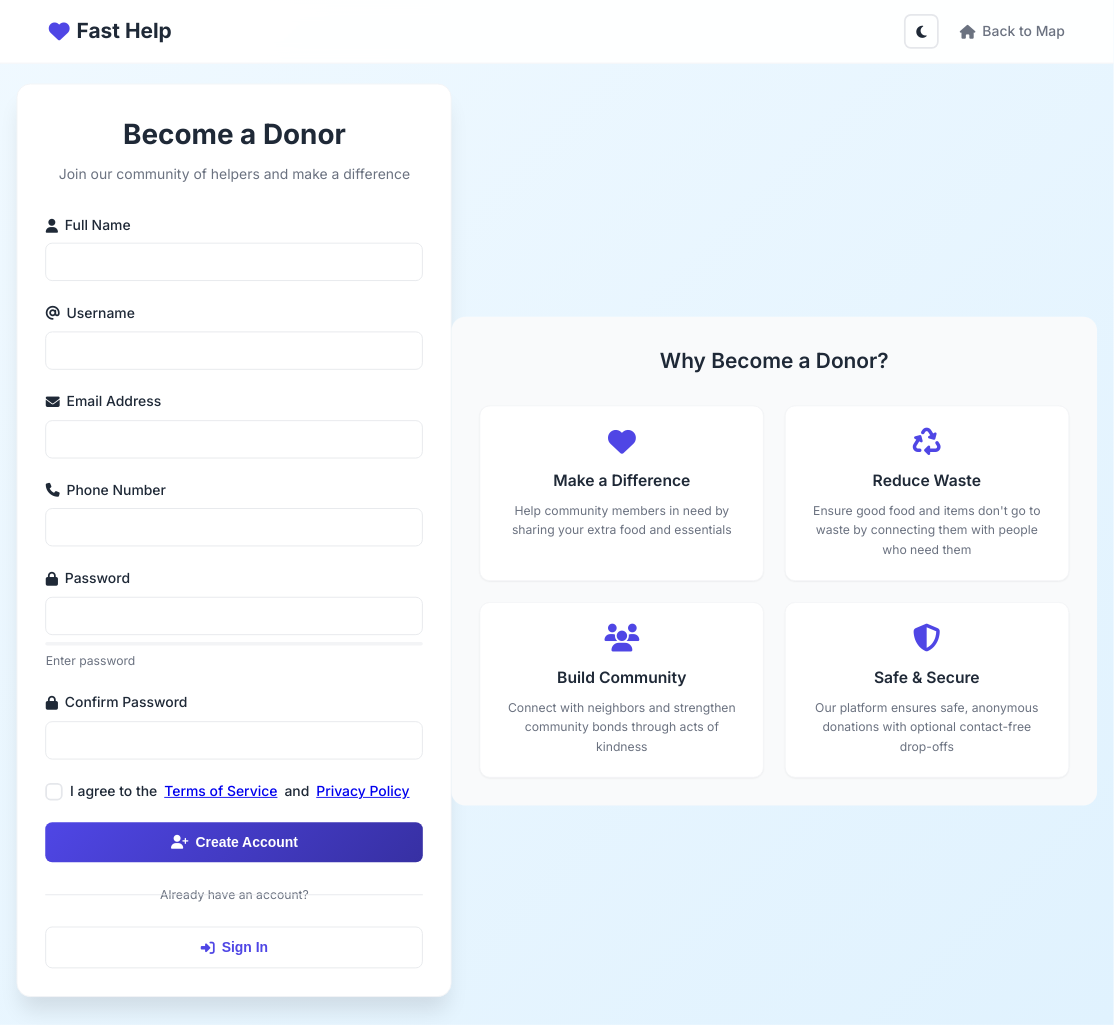
Repository: papykabukanyi/fasthelp
Page: public/donor-signup.html
An editor plug-in stored every save of this project. The page is shown before and after the next save, followed by the edit.
The browser window is 1280 px wide. The pictures show the whole page, at 87% of full size.

Above is the page before, as saved 2025-06-28 23:04:58.

### public/donor-signup.html
<!DOCTYPE html>
<html lang="en" data-theme="light">
<head>
    <meta charset="UTF-8">
    <meta name="viewport" content="width=device-width, initial-scale=1.0">
    <title>Become a Donor - Fast Help</title>
    <link rel="stylesheet" href="css/styles.css">
    <link href="https://fonts.googleapis.com/css2?family=Inter:wght@300;400;500;600;700&display=swap" rel="stylesheet">
    <link rel="stylesheet" href="https://cdnjs.cloudflare.com/ajax/libs/font-awesome/6.4.0/css/all.min.css">
</head>
<body class="light-theme">
    <!-- Header -->
    <header class="header">
        <div class="container">
            <div class="nav-brand">
                <a href="/">
                    <i class="fas fa-heart"></i>
                    <h1>Fast Help</h1>
                </a>
            </div>
            <nav class="nav-menu">
                <button id="theme-toggle" class="theme-toggle" title="Toggle theme">
                    <i class="fas fa-moon" id="theme-icon"></i>
                </button>
                <a href="/" class="nav-link">
                    <i class="fas fa-home"></i>
                    Back to Map
                </a>
            </nav>
        </div>
    </header>

    <!-- Main Content -->
    <main class="auth-container">
        <div class="auth-card">
            <div class="auth-header">
                <h2>Become a Donor</h2>
                <p>Join our community of helpers and make a difference</p>
            </div>

            <!-- Registration Form -->
            <div id="register-form" class="auth-form">
                <form id="registration-form">
                    <div class="form-group">
                        <label for="fullName">
                            <i class="fas fa-user"></i>
                            Full Name
                        </label>
                        <input type="text" id="fullName" name="fullName" required>
                    </div>

                    <div class="form-group">
                        <label for="username">
                            <i class="fas fa-at"></i>
                            Username
                        </label>
                        <input type="text" id="username" name="username" required>
                    </div>

                    <div class="form-group">
                        <label for="email">
                            <i class="fas fa-envelope"></i>
                            Email Address
                        </label>
                        <input type="email" id="email" name="email" required>
                    </div>

                    <div class="form-group">
                        <label for="phone">
                            <i class="fas fa-phone"></i>
                            Phone Number
                        </label>
                        <input type="tel" id="phone" name="phone">
                    </div>

                    <div class="form-group">
                        <label for="password">
                            <i class="fas fa-lock"></i>
                            Password
                        </label>
                        <input type="password" id="password" name="password" required>
                        <div class="password-strength">
                            <div class="strength-bar">
                                <div class="strength-fill" id="strength-fill"></div>
                            </div>
                            <span id="strength-text">Enter password</span>
                        </div>
                    </div>

                    <div class="form-group">
                        <label for="confirmPassword">
                            <i class="fas fa-lock"></i>
                            Confirm Password
                        </label>
                        <input type="password" id="confirmPassword" name="confirmPassword" required>
                    </div>

                    <div class="form-group checkbox-group">
                        <label class="checkbox-label">
                            <input type="checkbox" id="terms" required>
                            <span class="checkmark"></span>
                            I agree to the <a href="#" onclick="showTerms()">Terms of Service</a> and <a href="#" onclick="showPrivacy()">Privacy Policy</a>
                        </label>
                    </div>

                    <button type="submit" class="auth-btn">
                        <i class="fas fa-user-plus"></i>
                        Create Account
                    </button>
                </form>

                <div class="auth-divider">
                    <span>Already have an account?</span>
                </div>

                <button class="auth-btn secondary" onclick="showLogin()">
                    <i class="fas fa-sign-in-alt"></i>
                    Sign In
                </button>
            </div>

            <!-- Login Form -->
            <div id="login-form" class="auth-form" style="display: none;">
                <form id="login-form-element">
                    <div class="form-group">
                        <label for="loginEmail">
                            <i class="fas fa-envelope"></i>
                            Email Address
                        </label>
                        <input type="email" id="loginEmail" name="email" required>
                    </div>

                    <div class="form-group">
                        <label for="loginPassword">
                            <i class="fas fa-lock"></i>
                            Password
                        </label>
                        <input type="password" id="loginPassword" name="password" required>
                    </div>

                    <button type="submit" class="auth-btn">
                        <i class="fas fa-sign-in-alt"></i>
                        Sign In
                    </button>
                </form>

                <div class="auth-divider">
                    <span>Need an account?</span>
                </div>

                <button class="auth-btn secondary" onclick="showRegister()">
                    <i class="fas fa-user-plus"></i>
                    Create Account
                </button>
            </div>

            <!-- Success Message -->
            <div id="success-message" class="success-card" style="display: none;">
                <i class="fas fa-check-circle"></i>
                <h3>Registration Successful!</h3>
                <p id="success-text">Your account has been created and is pending approval. You'll receive an email notification once approved.</p>
                <button class="auth-btn" onclick="showLogin()">
                    <i class="fas fa-sign-in-alt"></i>
                    Sign In
                </button>
            </div>
        </div>

        <!-- Benefits Section -->
        <div class="benefits-section">
            <h3>Why Become a Donor?</h3>
            <div class="benefits-grid">
                <div class="benefit-card">
                    <i class="fas fa-heart"></i>
                    <h4>Make a Difference</h4>
                    <p>Help community members in need by sharing your extra food and essentials</p>
                </div>
                <div class="benefit-card">
                    <i class="fas fa-recycle"></i>
                    <h4>Reduce Waste</h4>
                    <p>Ensure good food and items don't go to waste by connecting them with people who need them</p>
                </div>
                <div class="benefit-card">
                    <i class="fas fa-users"></i>
                    <h4>Build Community</h4>
                    <p>Connect with neighbors and strengthen community bonds through acts of kindness</p>
                </div>
                <div class="benefit-card">
                    <i class="fas fa-shield-alt"></i>
                    <h4>Safe & Secure</h4>
                    <p>Our platform ensures safe, anonymous donations with optional contact-free drop-offs</p>
                </div>
            </div>
        </div>
    </main>

    <!-- Loading Overlay -->
    <div id="loading-overlay" class="loading-overlay" style="display: none;">
        <div class="spinner"></div>
        <p>Processing...</p>
    </div>

    <!-- Scripts -->
    <script src="js/auth.js"></script>
    <script src="js/main.js"></script>
</body>
</html>

Loaded but not shown: public/js/main.js (570 lines, source omitted); public/js/auth.js (407 lines, source omitted); public/css/styles.css (1746 lines, source omitted)

After the next save:
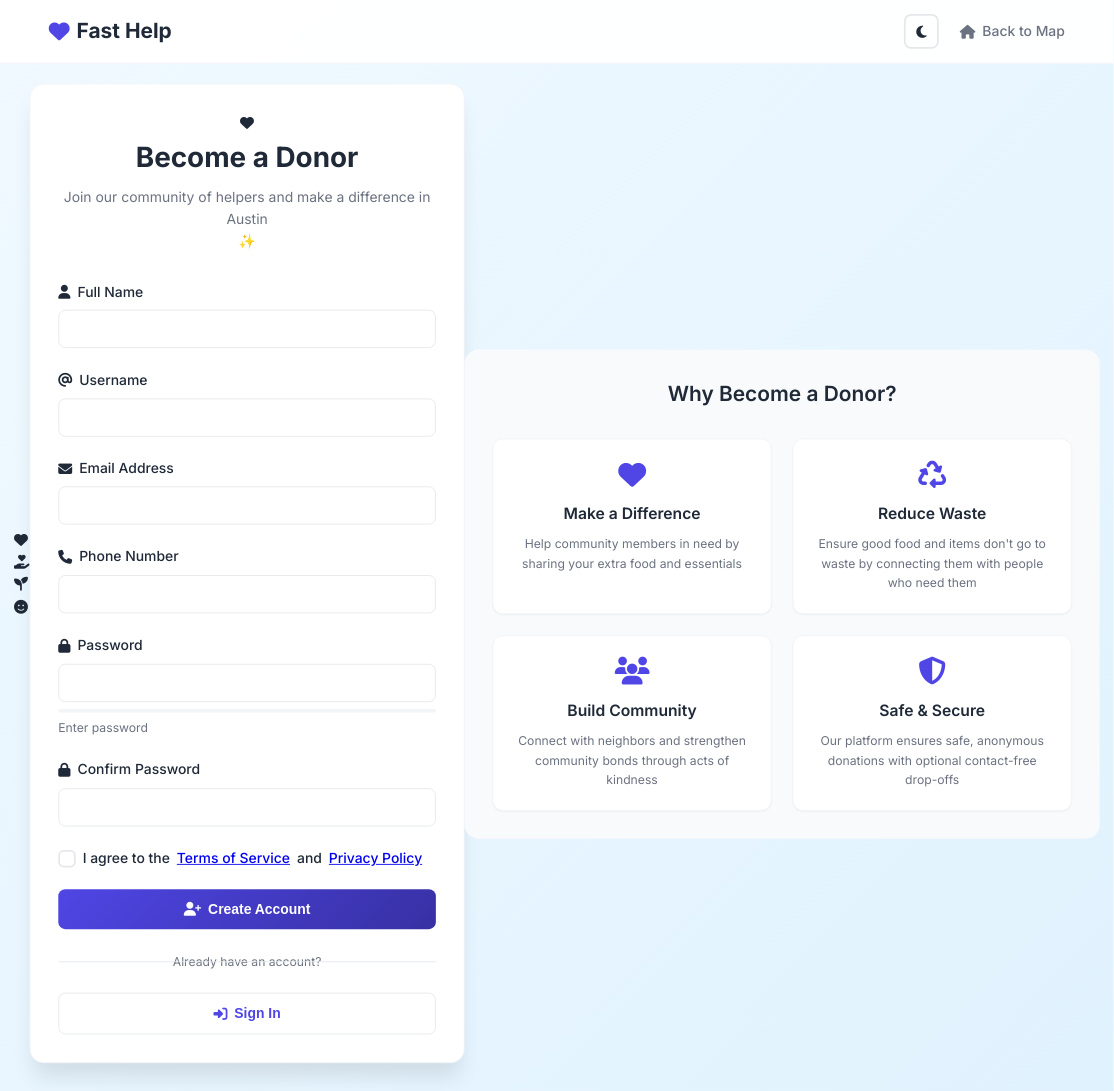
Saved 12 s later.
--- a/public/donor-signup.html
+++ b/public/donor-signup.html
@@ -32,10 +32,24 @@
 
     <!-- Main Content -->
     <main class="auth-container">
+        <!-- Cute animated background elements -->
+        <div class="background-elements">
+            <div class="floating-heart" style="top: 10%; left: 10%; animation-delay: 0s;"><i class="fas fa-heart"></i></div>
+            <div class="floating-heart" style="top: 20%; right: 15%; animation-delay: 2s;"><i class="fas fa-hand-holding-heart"></i></div>
+            <div class="floating-heart" style="bottom: 20%; left: 20%; animation-delay: 4s;"><i class="fas fa-seedling"></i></div>
+            <div class="floating-heart" style="bottom: 10%; right: 10%; animation-delay: 1s;"><i class="fas fa-smile"></i></div>
+        </div>
+
         <div class="auth-card">
             <div class="auth-header">
+                <div class="header-icon">
+                    <i class="fas fa-heart"></i>
+                </div>
                 <h2>Become a Donor</h2>
-                <p>Join our community of helpers and make a difference</p>
+                <p>Join our community of helpers and make a difference in Austin</p>
+                <div class="cute-divider">
+                    <span>✨</span>
+                </div>
             </div>
 
             <!-- Registration Form -->
